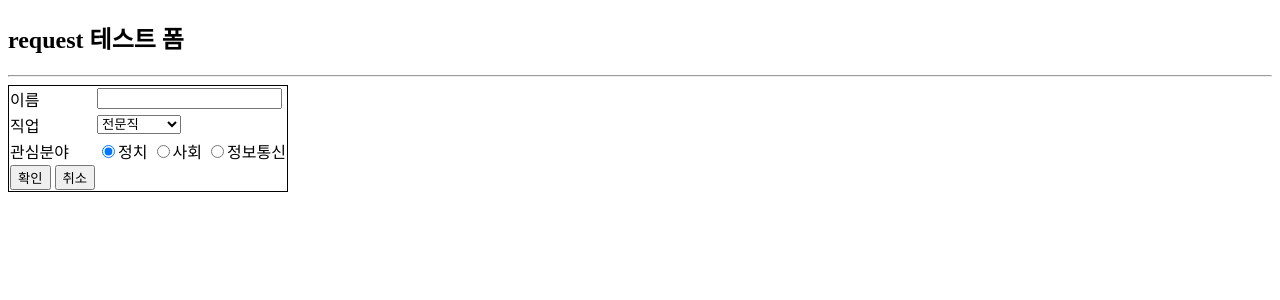
Repository: jemin7709/InternetProgramming2
Page: Pj/WebContent/request_test.html
The author's editor kept a copy of each file at every save. The page is drawn from the files as they stood at one save, then again after the next save.
The browser window is 1280 px wide. The pictures show the whole page.

Above is the page before, as saved 2021-05-13 13:46:55.

After the next save:
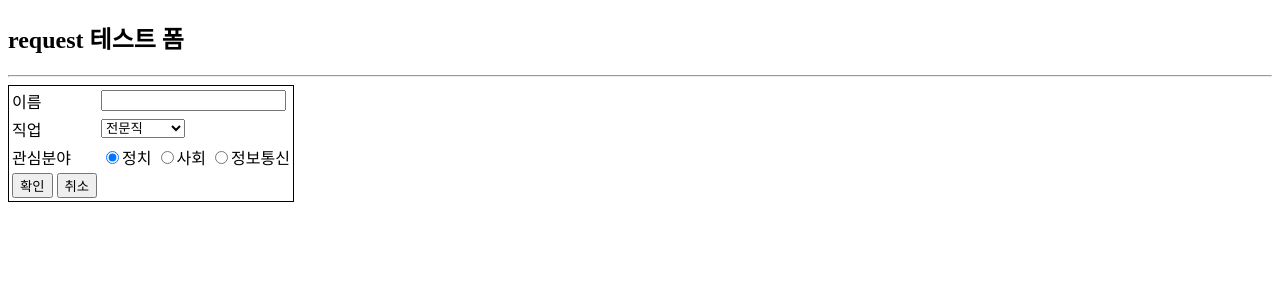
Saved 102 s later.
--- a/Pj/WebContent/request_test.html
+++ b/Pj/WebContent/request_test.html
@@ -8,7 +8,7 @@
 <h2>request 테스트 폼</h2>
 <hr>
 <form method="post" action="request_test.jsp">
-<table style="border: 0.5px solid black; border-collapse: collapse;">
+<table style="border: 0.5px solid black;">
 	<tbody>
 		<tr>
 			<td>이름</td>
